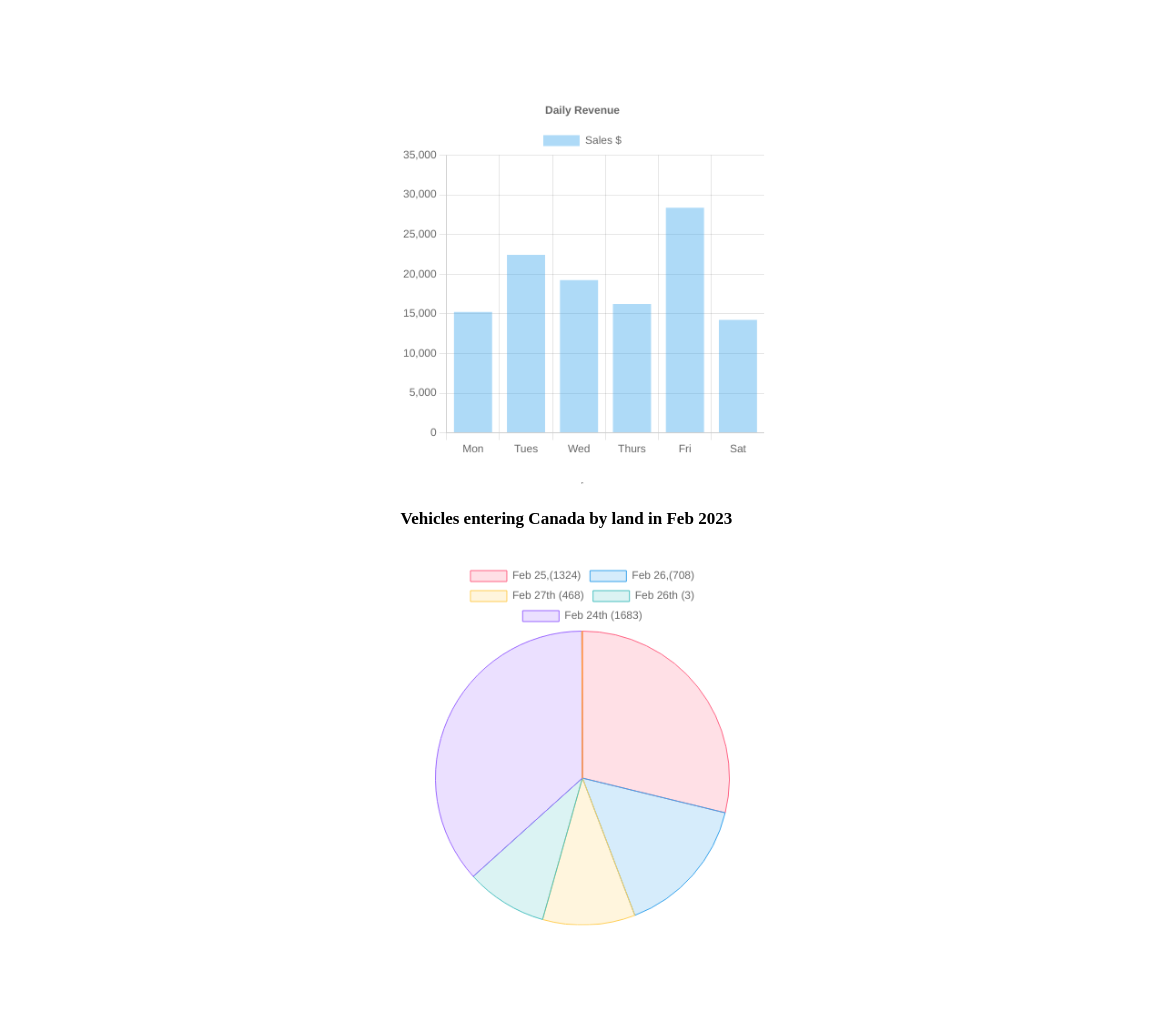
Repository: anoncoderin/dcd-charts-11week
Page: /
The author's editor kept a copy of each file at every save. The page is drawn from the files as they stood at one save, then again after a run of saves.
The browser window is 1280 px wide. The pictures show the whole page, at 91% of full size.
The project was rebuilt for these pictures with package versions that can differ from the ones it lists, and the page was loaded fresh each time. The framework's server and built-in components were replaced by stand-ins that run in the browser. Also part of the build but not shown: next.config.js.

Above is the page before, as saved 2023-03-24 23:13:20.

### pages/index.js
import Head from 'next/head'
import Image from 'next/image'
import styles from '@/styles/Home.module.css'
import BarChart from '@/components/BarChart'
import PieChart from '@/components/PieChart'

export default function Home() {
  return (
    <>
      <Head>
        <title>Create Next App</title>
        <meta name="description" content="Generated by create next app" />
        <meta name="viewport" content="width=device-width, initial-scale=1" />
        <link rel="icon" href="/favicon.ico" />
      </Head>
      <main className={styles.main}>
        <BarChart/>
        <br></br>
        <hr></hr>
      <div>
        <h3>Vehicles entering Canada by land in Feb 2023</h3>
        <br></br>
        <PieChart/>
        </div>
      </main>
    </>
  )
}

### components/BarChart/index.js
import { useState, useEffect } from "react"
import styles from './BarChart.module.css'

import { Bar } from 'react-chartjs-2';
import {
    Chart as ChartJS,
    CategoryScale,
    LinearScale,
    BarElement,
    Title,
    Tooltip,
    Legend
} from 'chart.js'

ChartJS.register(
    CategoryScale,
    LinearScale,
    BarElement,
    Title,
    Tooltip,
    Legend
)

export default function BarChart() {

    const [chartData, setChartData] = useState({
        datasets: []
    })

    const [chartOptions, setChartOptions] = useState({})

    useEffect(() => {
        setChartData({
            labels: ['Mon', 'Tues', 'Wed', 'Thurs', 'Fri', 'Sat'],
            datasets: [
                {
                    label: 'Sales $',
                    data: [15234, 22432, 19245, 16243, 28356, 14235, 31000],
                    borderColor: 'rgb(53, 162, 235)',
                    backgroundColor: 'rgb(53, 162, 235, 0.4)'
                }
            ]
        })

        setChartOptions({
            plugins: {
                legend: {
                    position: 'top'
                },
                title: {
                    display: true,
                    text: "Daily Revenue"
                }
            },
            maintainAspectRatio: false,
            responsive: true
        })
    }, [])

    return(
        <>
            <div className={styles.container}>
                <Bar data={chartData} options={chartOptions}/>
            </div>
        </>
    )
}

### components/PieChart/index.js
import { useState, useEffect } from "react";
import styles from "./PieChart.module.css";

import { Pie } from "react-chartjs-2";
import {
    Chart as ChartJS,
    ArcElement,
    Tooltip,
    Legend }
    from "chart.js";

ChartJS.register(ArcElement,
    Tooltip,
    Legend)


export default function PieChart() {
const data = {
  labels: ["Feb 25,(1324)", "Feb 26,(708)", "Feb 27th (468)", "Feb 26th (3)", "Feb 24th (1683)"],
  datasets: [
    {
      label: "# of Votes",
      data: [1324, 708, 468, 412, 1683, 3],
      backgroundColor: [
        "rgba(255, 99, 132, 0.2)",
        "rgba(54, 162, 235, 0.2)",
        "rgba(255, 206, 86, 0.2)",
        "rgba(75, 192, 192, 0.2)",
        "rgba(153, 102, 255, 0.2)",
        "rgba(255, 159, 64, 0.2)",
      ],
      borderColor: [
        "rgba(255, 99, 132, 1)",
        "rgba(54, 162, 235, 1)",
        "rgba(255, 206, 86, 1)",
        "rgba(75, 192, 192, 1)",
        "rgba(153, 102, 255, 1)",
        "rgba(255, 159, 64, 1)",
      ],
      borderWidth: 1,
    },
  ],
};


return(
    <>
        <div className={styles.container}>
            <Pie data= {data}/>
        </div>
    </>
)
}

### components/BarChart/BarChart.module.css
.container {
    width: 400px;
    height: 400px;
}

### components/PieChart/PieChart.module.css
.container {
    width: 400px;
    height: 400px;
}

Loaded but not shown: pages/_app.js (common file); pages/_document.js (common file); styles/Home.module.css (common file); styles/globals.css (no stored copy; drawn as an empty file)

After the next 2 saves:
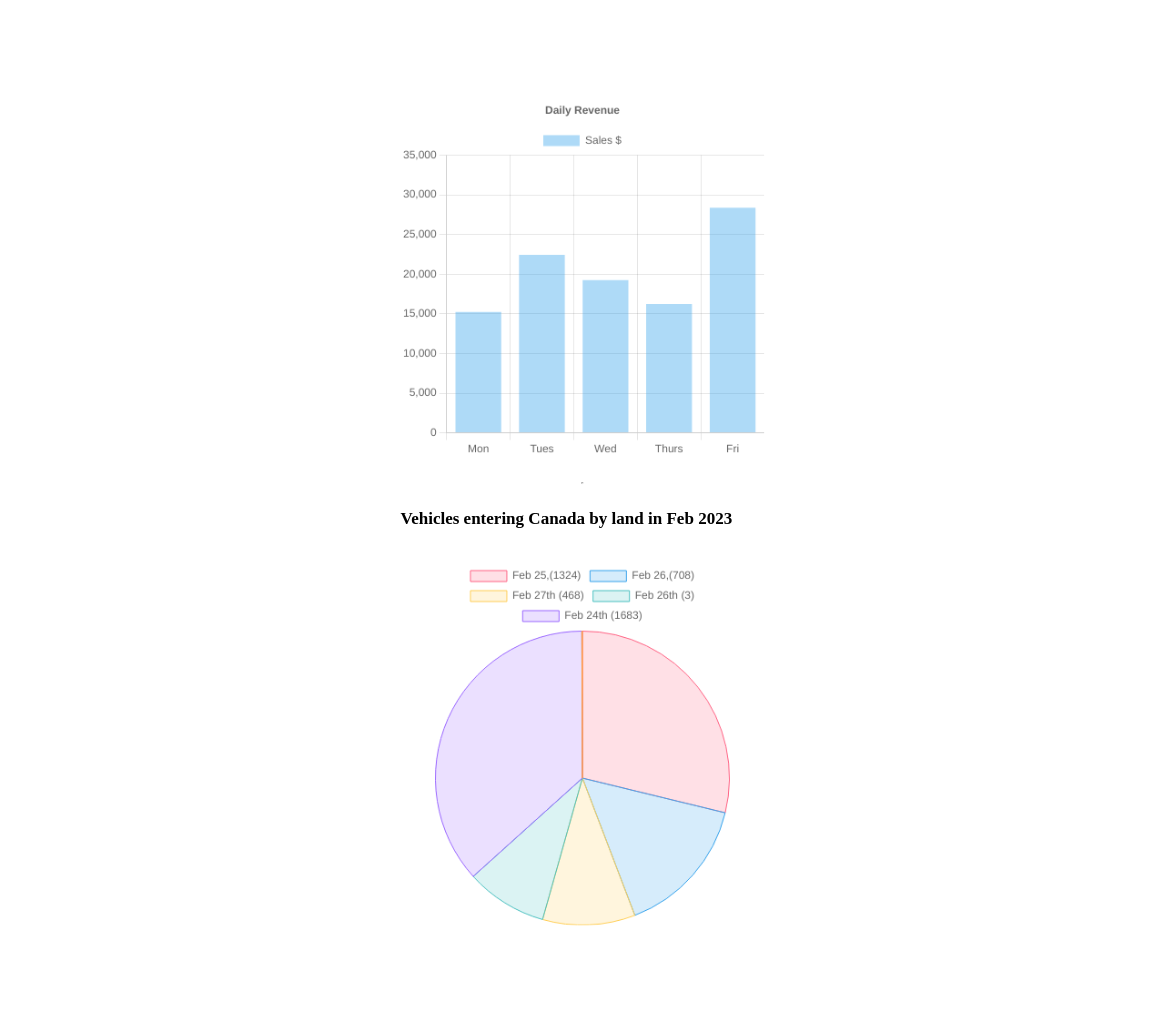
The 2 saves are shown as one change because they came seconds apart.
The last was saved 11 s later.
--- a/components/BarChart/index.js
+++ b/components/BarChart/index.js
@@ -31,7 +31,7 @@ export default function BarChart() {
 
     useEffect(() => {
         setChartData({
-            labels: ['Mon', 'Tues', 'Wed', 'Thurs', 'Fri', 'Sat'],
+            labels: ['Mon', 'Tues', 'Wed', 'Thurs', 'Fri' ],
             datasets: [
                 {
                     label: 'Sales $',
